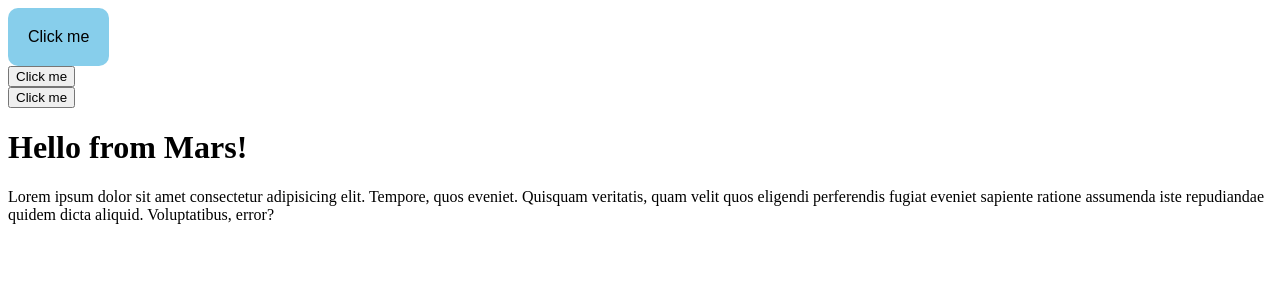
Repository: imokha01/DOM
Page: index.html
An editor plug-in stored every save of this project. The page is shown before and after the next save, followed by the edit.
The browser window is 1280 px wide. The pictures show the whole page.

Above is the page before, as saved 2023-12-18 12:05:58.

After the next save:
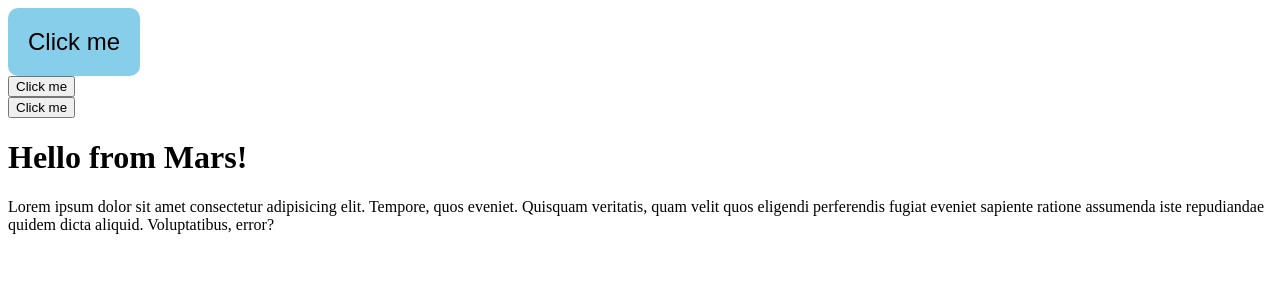
Saved 6 s later.
--- a/index.js
+++ b/index.js
@@ -5,7 +5,7 @@ button.style.backgroundColor = "skyblue"
 button.style.padding = "20px";
 button.style.border = "none";
 button.style.borderRadius = "10px";
-button.style.fontSize  = "1em";
+button.style.fontSize  = "1.5em";
 
 const body = document.querySelector("body")
 body.style.backgroundColor = "e"
